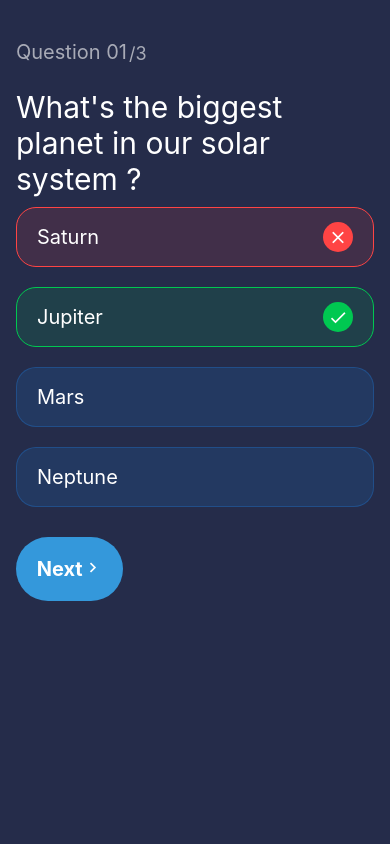
Repository: ds-mbappe/Quiz
Screen: /, after clicking the first element matching `div.r-transitionProperty-1i6wzkk`
An editor plug-in stored every save of this project. The screen is shown before and after the next save, followed by the edit.
The app was drawn by React Native's web renderer in a window 390 px wide. The project was rebuilt for these pictures with package versions that can differ from the ones it lists, and the page was loaded fresh each time.

Above is the screen before, as saved 2022-05-28 22:41:13.

After the next save:
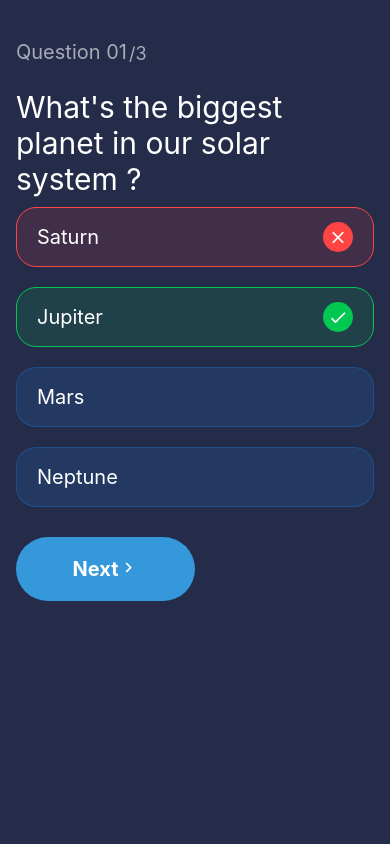
Saved 8 s later.
--- a/screens/Quiz.js
+++ b/screens/Quiz.js
@@ -118,7 +118,7 @@ const Quiz = () => {
   const renderNextButton = () => {
     if (showNextbutton) {
       return (
-        <TouchableOpacity style={{display: 'flex', justifyContent: 'center', flexDirection: 'row', marginTop: 20, width: '30%', backgroundColor: COLORS.accent, padding: 20, borderRadius: 50}}>
+        <TouchableOpacity style={{display: 'flex', justifyContent: 'center', flexDirection: 'row', marginTop: 20, width: '50%', backgroundColor: COLORS.accent, padding: 20, borderRadius: 50}}>
           <Text style={{fontSize: 20, fontWeight: 'bold', color: COLORS.white, textAlign: 'center'}}>Next</Text>
           <MaterialCommunityIcons style={{fontSize: 20, fontWeight: 'bold', color: COLORS.white, textAlign: 'center'}} name='chevron-right'/>
         </TouchableOpacity>
